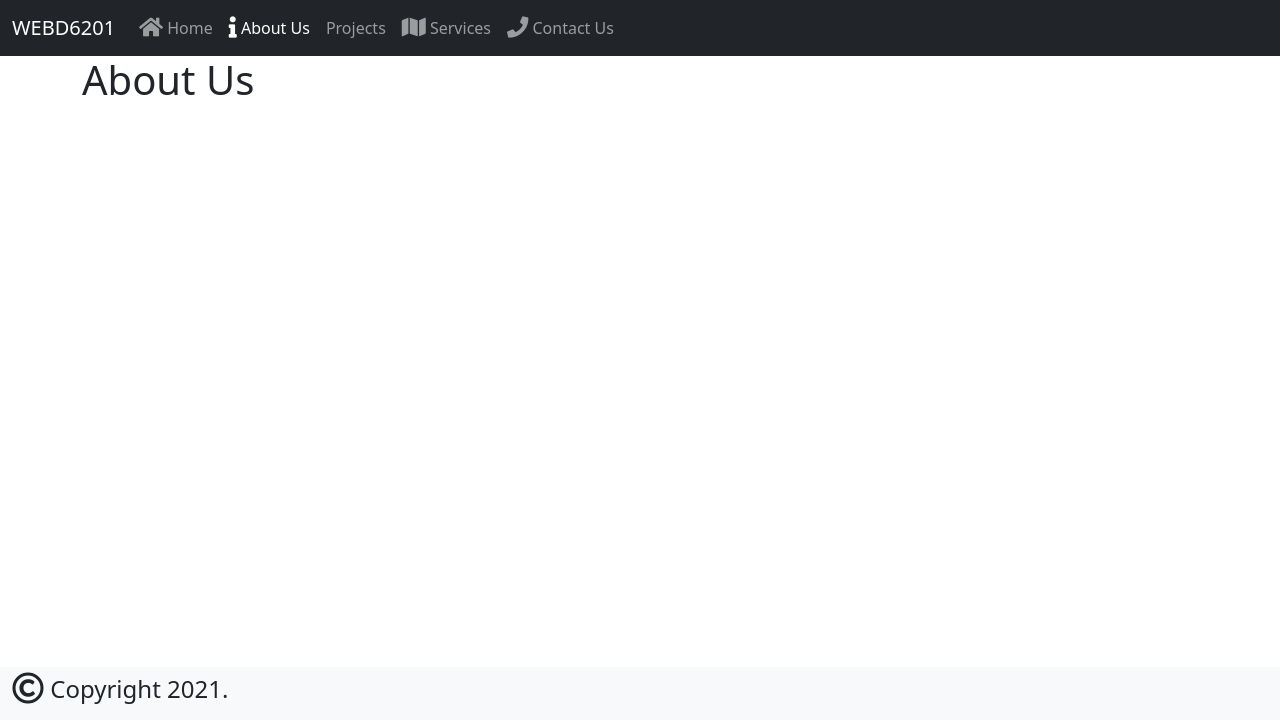
Repository: YiuWingLau/WEBD6201-W2021-Lab1
Page: about.html
The author's editor kept a copy of each file at every save. The page is drawn from the files as they stood at one save, then again after the next save.
The browser window is 1280 px wide. The pictures show the whole page.

Above is the page before, as saved 2021-02-03 21:14:11.
Console error: TypeError: Cannot set properties of null (setting 'textContent')

After the next save:
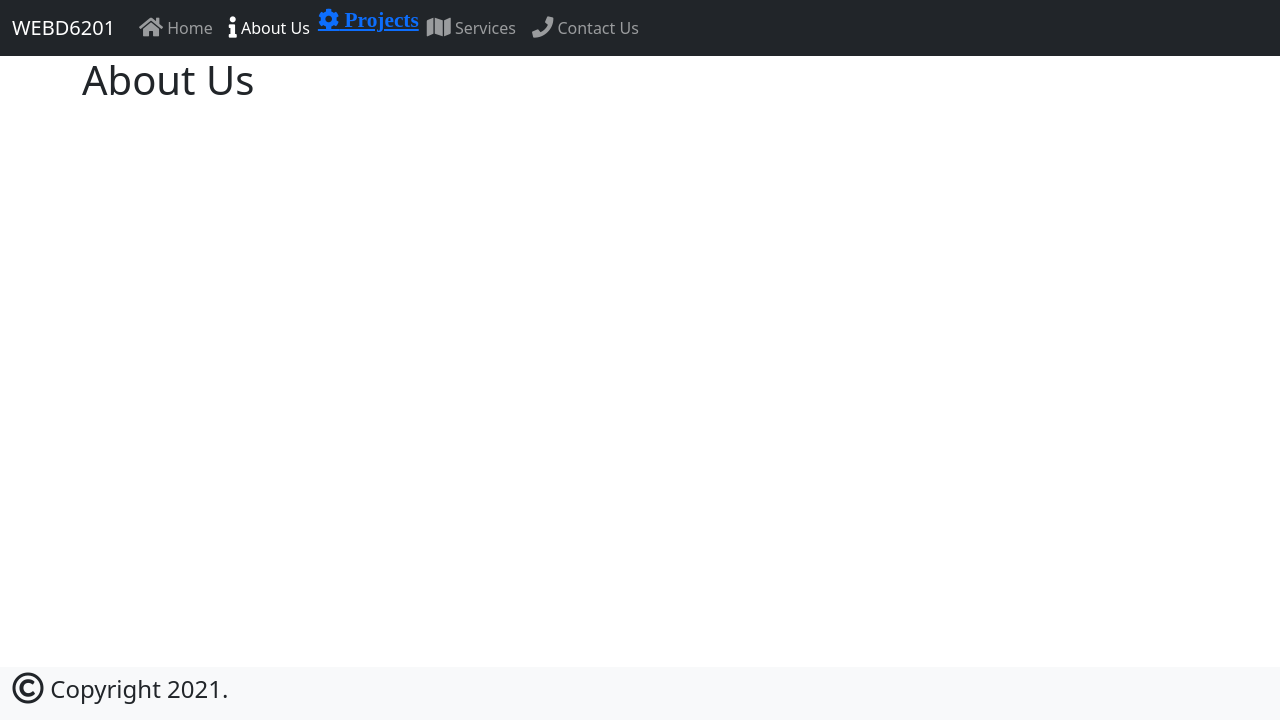
Saved 56 s later.
--- a/Scripts/app.js
+++ b/Scripts/app.js
@@ -195,7 +195,7 @@
 
         document.getElementById("navBarProjects").href = "projects.html";
         document.getElementById("navBarProjects").text = " Projects";
-        document.getElementById("navBarProjects").class= "fas fa-cog fa-lg";
+        document.getElementById("navBarProjects").setAttribute("class", "fas fa-cog fa-lg");
 
 
         switch (document.title)

After the 2 saves that followed:
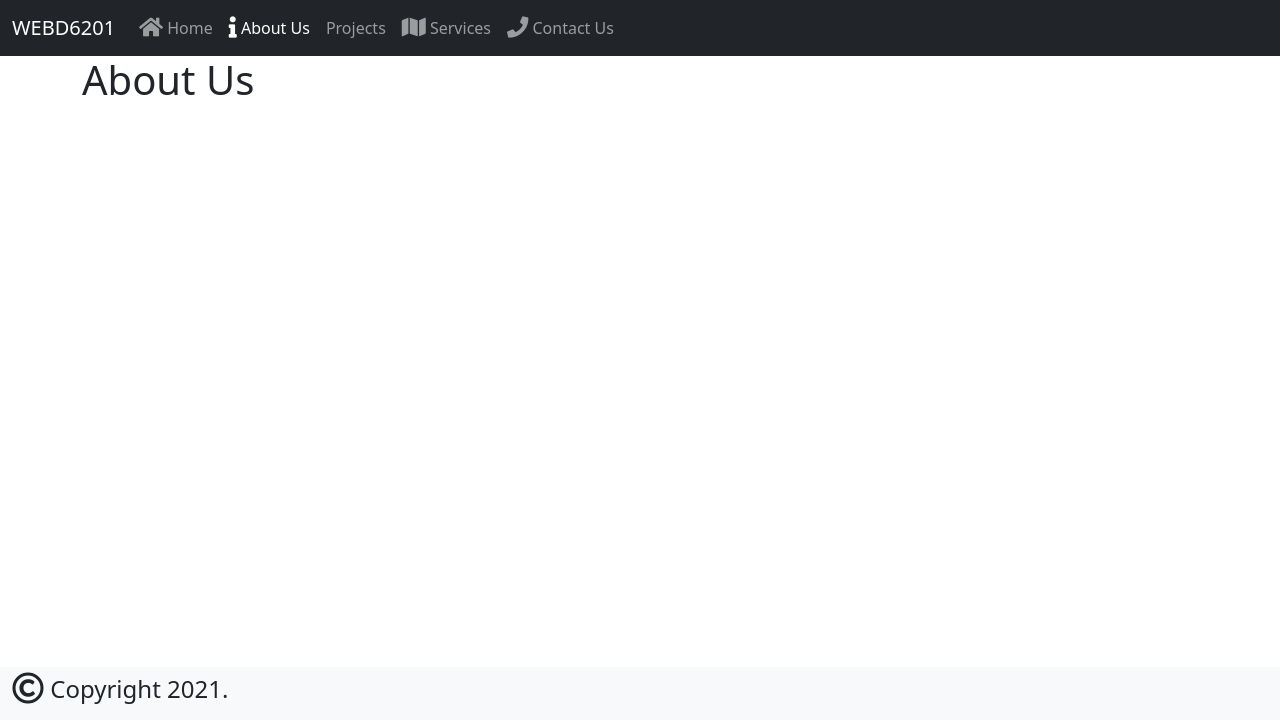
Console error: TypeError: Cannot read properties of undefined (reading 'appendChild')
The 2 saves are shown as one change because 1 left the picture as it was.
The last was saved 8 min 45 s later.
--- a/Scripts/app.js
+++ b/Scripts/app.js
@@ -60,29 +60,25 @@
 
     function displayAbout()
     {
-        let AboutparagraphOneText =
-          "This is a simple site to demonstrate DOM Manipulation for ICE 1";
-
-        let AboutparagraphOneElement = document.getElementById("AboutparagraphOne");
-
-        AboutparagraphOneElement.textContent = AboutparagraphOneText;
-        AboutparagraphOneElement.className = "fs-5";
-
-         // Step 1. document.createElement
-         let AboutnewParagraph = document.createElement("p");
+        // Step 1. document.createElement
+        let newParagraph = document.createElement("p");
+
          // Step 2. configure the element
-         AboutnewParagraph.setAttribute("id", "AboutparagraphTwo");
-         AboutnewParagraph.textContent = "...And this is paragraph two";
+         newParagraph.setAttribute("id", "paragraphOne");
+         newParagraph.textContent = "...And this is paragraph one";
+
          // Step 3. select the parent element
-         let mAboutainContent = document.getElementsByTagName("main")[1];
+         let mainContent = document.getElementsByTagName("main")[1];
          // Step 4. Add / Insert the element
-         AboutmainContent.appendChild(AboutnewParagraph);
-         AboutnewParagraph.className = "fs-6";
+         mainContent.appendChild(newParagraph);
+         newParagraph.className = "fs-6";
+
+
 
          // another way of injecting content
-        let AboutparagraphDiv = document.createElement("div");
-        let AboutparagraphThree = `<p id="AboutparagraphThree" class="fs-7 fw-bold">And this is the Third Paragraph</p>`;
-        AboutparagraphDiv.innerHTML = AboutparagraphThree;
+        //let AboutparagraphDiv = document.createElement("div");
+        //let AboutparagraphThree = `<p id="AboutparagraphThree" class="fs-7 fw-bold">And this is the Third Paragraph</p>`;
+        //AboutparagraphDiv.innerHTML = AboutparagraphThree;
 
         // insertions
 
@@ -90,7 +86,7 @@
         //newParagraph.before(paragraphDiv);
 
         // example of inserting after a node
-        AboutnewParagraph.after(paragraphDiv);
+        //AboutnewParagraph.after(paragraphDiv);
 
         // deletions
 
@@ -98,13 +94,13 @@
         //paragraphOneElement.remove();
 
         // example of removeChild
-        AboutmainContent.removeChild(AboutparagraphOneElement);
+        //AboutmainContent.removeChild(AboutparagraphOneElement);
         // update / modification
         //mainContent.firstElementChild.textContent = "Welcome Home!";
 
-        AboutmainContent.innerHTML = `<h1 id="firstHeading">About Nelson</h1>
-         <p id="AboutparagraphOne" class="fs-3 fw-bold">Nelson is a computer programmer student, studied at Durham College</p>
-        `;
+        //AboutmainContent.innerHTML = `<h1 id="firstHeading">About Nelson</h1>
+         //<p id="AboutparagraphOne" class="fs-3 fw-bold">Nelson is a computer programmer student, studied at Durham College</p>
+        //`;
     }
 
     function displayProjects()
@@ -195,7 +191,7 @@
 
         document.getElementById("navBarProjects").href = "projects.html";
         document.getElementById("navBarProjects").text = " Projects";
-        document.getElementById("navBarProjects").setAttribute("class", "fas fa-cog fa-lg");
+        //document.getElementById("navBarProjects").setAttribute("class", "fas fa-cog fa-lg");
 
 
         switch (document.title)
